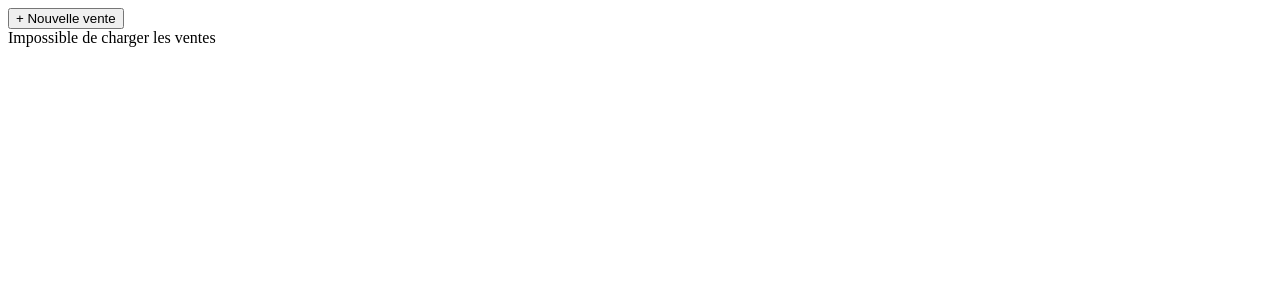
Repository: amosndayikeza-dev/Reviewa
Page: public/assets/html/manager/sales-content.html
The author's editor kept a copy of each file at every save. The page is drawn from the files as they stood at one save, then again after the next save.
The browser window is 1280 px wide. The pictures show the whole page.

Above is the page before, as saved 2026-05-30 23:16:12.

### public/assets/html/manager/sales-content.html
<div class="mgr-sales-container">
    <div class="mgr-toolbar">
        <div class="mgr-toolbar-left"></div>
        <div class="mgr-toolbar-right">
            <button class="tft-btn tft-bg-greensav" onclick="showAddSaleModal()">+ Nouvelle vente</button>
        </div>
    </div>
    <div id="sales-list" class="mgr-sales-list">
        <div class="mgr-empty-hint">Chargement des ventes...</div>
    </div>
</div>

<script>
function formatMoney(amount) {
    return (Number(amount) || 0).toLocaleString('fr-FR') + ' FBU';
}

function formatDate(dateStr) {
    if (!dateStr) return '—';
    const d = new Date(dateStr);
    if (isNaN(d.getTime())) return dateStr;
    return d.toLocaleDateString('fr-FR');
}

async function loadSales() {
    const container = document.getElementById('sales-list');
    if (!container) return;
    container.innerHTML = '<div class="mgr-empty-hint">Chargement des ventes...</div>';
    try {
        const response = await ManagerAPI.sales.list();
        if (response && response.success) {
            const sales = response.data || [];
            if (sales.length === 0) {
                container.innerHTML = '<div class="mgr-empty-hint">Aucune vente trouvée</div>';
                return;
            }
            container.innerHTML = sales.map(sale => `
                <div class="mgr-card mgr-sale-item">
                    <div class="mgr-card-title">${escapeHtml(sale.product_name)}</div>
                    <div class="mgr-sale-details">
                        <div><span class="mgr-kpi-label">Quantité :</span> ${sale.quantity}</div>
                        <div><span class="mgr-kpi-label">Prix unitaire :</span> ${formatMoney(sale.unit_price)}</div>
                        <div><span class="mgr-kpi-label">Total :</span> <strong>${formatMoney(sale.line_total)}</strong></div>
                        <div><span class="mgr-kpi-label">Date :</span> ${formatDate(sale.sold_at)}</div>
                    </div>
                </div>
            `).join('');
        } else {
            container.innerHTML = '<div class="mgr-empty-hint tft-clr-red">Erreur de chargement des ventes</div>';
        }
    } catch (error) {
        console.error('Erreur:', error);
        container.innerHTML = '<div class="mgr-empty-hint tft-clr-red">Impossible de charger les ventes</div>';
    }
}

function escapeHtml(str) {
    if (!str) return '';
    return str.replace(/[&<>]/g, function(m) {
        if (m === '&') return '&amp;';
        if (m === '<') return '&lt;';
        if (m === '>') return '&gt;';
        return m;
    });
}

loadSales();
</script>

After the next save:
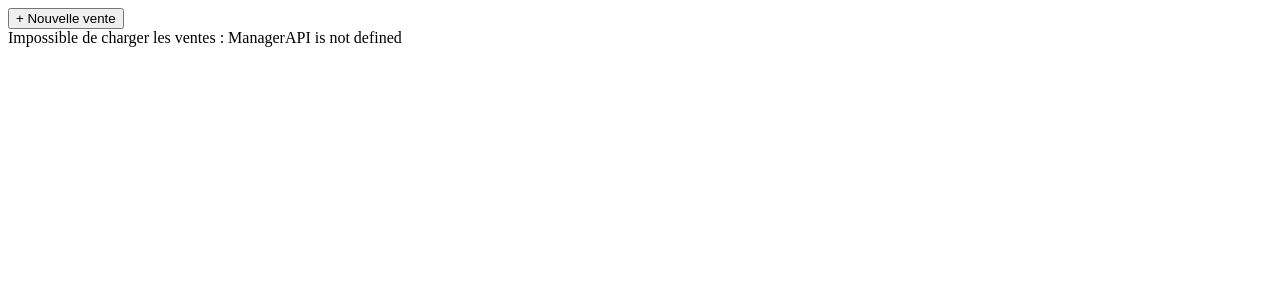
Saved 4 min 41 s later.
--- a/public/assets/html/manager/sales-content.html
+++ b/public/assets/html/manager/sales-content.html
@@ -11,58 +11,73 @@
 </div>
 
 <script>
-function formatMoney(amount) {
-    return (Number(amount) || 0).toLocaleString('fr-FR') + ' FBU';
-}
+(function() {
+    function formatMoney(amount) {
+        return (Number(amount) || 0).toLocaleString('fr-FR') + ' FBU';
+    }
 
-function formatDate(dateStr) {
-    if (!dateStr) return '—';
-    const d = new Date(dateStr);
-    if (isNaN(d.getTime())) return dateStr;
-    return d.toLocaleDateString('fr-FR');
-}
+    function formatDate(dateStr) {
+        if (!dateStr) return '—';
+        const d = new Date(dateStr);
+        if (isNaN(d.getTime())) return dateStr;
+        return d.toLocaleDateString('fr-FR');
+    }
 
-async function loadSales() {
-    const container = document.getElementById('sales-list');
-    if (!container) return;
-    container.innerHTML = '<div class="mgr-empty-hint">Chargement des ventes...</div>';
-    try {
-        const response = await ManagerAPI.sales.list();
-        if (response && response.success) {
-            const sales = response.data || [];
-            if (sales.length === 0) {
-                container.innerHTML = '<div class="mgr-empty-hint">Aucune vente trouvée</div>';
-                return;
+    function escapeHtml(str) {
+        if (!str) return '';
+        return String(str).replace(/[&<>]/g, function(m) {
+            if (m === '&') return '&amp;';
+            if (m === '<') return '&lt;';
+            if (m === '>') return '&gt;';
+            return m;
+        });
+    }
+
+    async function loadSales() {
+        const container = document.getElementById('sales-list');
+        if (!container) {
+            console.error('❌ Élément #sales-list introuvable');
+            return;
+        }
+        console.log('⏳ Chargement des ventes...');
+        container.innerHTML = '<div class="mgr-empty-hint">Chargement des ventes...</div>';
+
+        try {
+            const response = await ManagerAPI.sales.list();
+            console.log('📦 Réponse API:', response);
+
+            if (response && response.success) {
+                const sales = response.data || [];
+                if (sales.length === 0) {
+                    container.innerHTML = '<div class="mgr-empty-hint">Aucune vente trouvée</div>';
+                    return;
+                }
+                container.innerHTML = sales.map(sale => `
+                    <div class="mgr-card mgr-sale-item">
+                        <div class="mgr-card-title">${escapeHtml(sale.product_name)}</div>
+                        <div class="mgr-sale-details">
+                            <div><span class="mgr-kpi-label">Quantité :</span> ${sale.quantity}</div>
+                            <div><span class="mgr-kpi-label">Prix unitaire :</span> ${formatMoney(sale.unit_price)}</div>
+                            <div><span class="mgr-kpi-label">Total :</span> <strong>${formatMoney(sale.line_total)}</strong></div>
+                            <div><span class="mgr-kpi-label">Date :</span> ${formatDate(sale.sold_at)}</div>
+                        </div>
+                    </div>
+                `).join('');
+                console.log('✅ Ventes affichées');
+            } else {
+                container.innerHTML = `<div class="mgr-empty-hint tft-clr-red">Erreur API : ${response?.message || 'Format inattendu'}</div>`;
             }
-            container.innerHTML = sales.map(sale => `
-                <div class="mgr-card mgr-sale-item">
-                    <div class="mgr-card-title">${escapeHtml(sale.product_name)}</div>
-                    <div class="mgr-sale-details">
-                        <div><span class="mgr-kpi-label">Quantité :</span> ${sale.quantity}</div>
-                        <div><span class="mgr-kpi-label">Prix unitaire :</span> ${formatMoney(sale.unit_price)}</div>
-                        <div><span class="mgr-kpi-label">Total :</span> <strong>${formatMoney(sale.line_total)}</strong></div>
-                        <div><span class="mgr-kpi-label">Date :</span> ${formatDate(sale.sold_at)}</div>
-                    </div>
-                </div>
-            `).join('');
-        } else {
-            container.innerHTML = '<div class="mgr-empty-hint tft-clr-red">Erreur de chargement des ventes</div>';
+        } catch (error) {
+            console.error('❌ Erreur loadSales:', error);
+            container.innerHTML = `<div class="mgr-empty-hint tft-clr-red">Impossible de charger les ventes : ${error.message}</div>`;
         }
-    } catch (error) {
-        console.error('Erreur:', error);
-        container.innerHTML = '<div class="mgr-empty-hint tft-clr-red">Impossible de charger les ventes</div>';
     }
-}
 
-function escapeHtml(str) {
-    if (!str) return '';
-    return str.replace(/[&<>]/g, function(m) {
-        if (m === '&') return '&amp;';
-        if (m === '<') return '&lt;';
-        if (m === '>') return '&gt;';
-        return m;
-    });
-}
-
-loadSales();
+    // Exécuter après le chargement du DOM
+    if (document.readyState === 'loading') {
+        document.addEventListener('DOMContentLoaded', loadSales);
+    } else {
+        loadSales();
+    }
+})();
 </script>

After the 3 saves that followed:
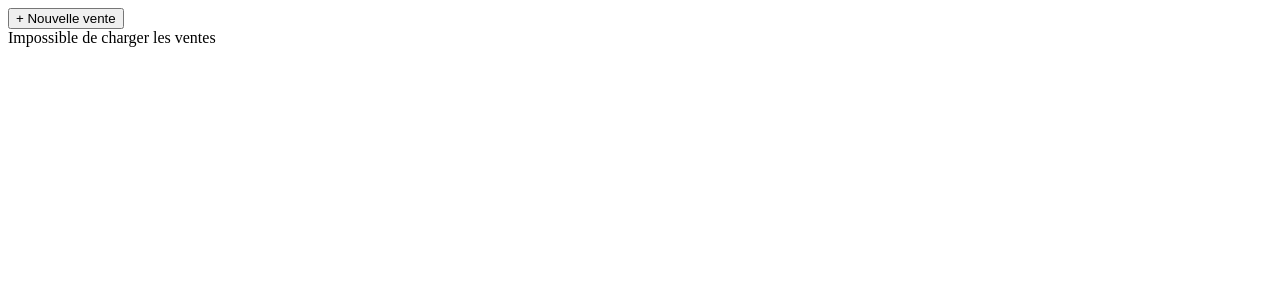
The 3 saves are shown as one change because 2 left the picture as it was.
The last was saved 4 min 29 s later.
--- a/public/assets/html/manager/sales-content.html
+++ b/public/assets/html/manager/sales-content.html
@@ -1,6 +1,5 @@
 <div class="mgr-sales-container">
     <div class="mgr-toolbar">
-        <div class="mgr-toolbar-left"></div>
         <div class="mgr-toolbar-right">
             <button class="tft-btn tft-bg-greensav" onclick="showAddSaleModal()">+ Nouvelle vente</button>
         </div>
@@ -9,75 +8,4 @@
         <div class="mgr-empty-hint">Chargement des ventes...</div>
     </div>
 </div>
-
-<script>
-(function() {
-    function formatMoney(amount) {
-        return (Number(amount) || 0).toLocaleString('fr-FR') + ' FBU';
-    }
-
-    function formatDate(dateStr) {
-        if (!dateStr) return '—';
-        const d = new Date(dateStr);
-        if (isNaN(d.getTime())) return dateStr;
-        return d.toLocaleDateString('fr-FR');
-    }
-
-    function escapeHtml(str) {
-        if (!str) return '';
-        return String(str).replace(/[&<>]/g, function(m) {
-            if (m === '&') return '&amp;';
-            if (m === '<') return '&lt;';
-            if (m === '>') return '&gt;';
-            return m;
-        });
-    }
-
-    async function loadSales() {
-        const container = document.getElementById('sales-list');
-        if (!container) {
-            console.error('❌ Élément #sales-list introuvable');
-            return;
-        }
-        console.log('⏳ Chargement des ventes...');
-        container.innerHTML = '<div class="mgr-empty-hint">Chargement des ventes...</div>';
-
-        try {
-            const response = await ManagerAPI.sales.list();
-            console.log('📦 Réponse API:', response);
-
-            if (response && response.success) {
-                const sales = response.data || [];
-                if (sales.length === 0) {
-                    container.innerHTML = '<div class="mgr-empty-hint">Aucune vente trouvée</div>';
-                    return;
-                }
-                container.innerHTML = sales.map(sale => `
-                    <div class="mgr-card mgr-sale-item">
-                        <div class="mgr-card-title">${escapeHtml(sale.product_name)}</div>
-                        <div class="mgr-sale-details">
-                            <div><span class="mgr-kpi-label">Quantité :</span> ${sale.quantity}</div>
-                            <div><span class="mgr-kpi-label">Prix unitaire :</span> ${formatMoney(sale.unit_price)}</div>
-                            <div><span class="mgr-kpi-label">Total :</span> <strong>${formatMoney(sale.line_total)}</strong></div>
-                            <div><span class="mgr-kpi-label">Date :</span> ${formatDate(sale.sold_at)}</div>
-                        </div>
-                    </div>
-                `).join('');
-                console.log('✅ Ventes affichées');
-            } else {
-                container.innerHTML = `<div class="mgr-empty-hint tft-clr-red">Erreur API : ${response?.message || 'Format inattendu'}</div>`;
-            }
-        } catch (error) {
-            console.error('❌ Erreur loadSales:', error);
-            container.innerHTML = `<div class="mgr-empty-hint tft-clr-red">Impossible de charger les ventes : ${error.message}</div>`;
-        }
-    }
-
-    // Exécuter après le chargement du DOM
-    if (document.readyState === 'loading') {
-        document.addEventListener('DOMContentLoaded', loadSales);
-    } else {
-        loadSales();
-    }
-})();
-</script>
+<script src="../assets/js/sales-page.js"></script>
--- /dev/null
+++ b/public/assets/js/sales-page.js
@@ -0,0 +1,56 @@
+// sales-page.js
+(function() {
+    function formatMoney(amount) {
+        return (Number(amount) || 0).toLocaleString('fr-FR') + ' FBU';
+    }
+
+    function formatDate(dateStr) {
+        if (!dateStr) return '—';
+        const d = new Date(dateStr);
+        return isNaN(d.getTime()) ? dateStr : d.toLocaleDateString('fr-FR');
+    }
+
+    function escapeHtml(str) {
+        if (!str) return '';
+        return String(str).replace(/[&<>]/g, function(m) {
+            if (m === '&') return '&amp;';
+            if (m === '<') return '&lt;';
+            if (m === '>') return '&gt;';
+            return m;
+        });
+    }
+
+    async function loadSales() {
+        const container = document.getElementById('sales-list');
+        if (!container) return;
+        container.innerHTML = '<div class="mgr-empty-hint">Chargement des ventes...</div>';
+        try {
+            const response = await ManagerAPI.sales.list();
+            if (response && response.success) {
+                const sales = response.data || [];
+                if (sales.length === 0) {
+                    container.innerHTML = '<div class="mgr-empty-hint">Aucune vente trouvée</div>';
+                    return;
+                }
+                container.innerHTML = sales.map(sale => `
+                    <div class="mgr-card mgr-sale-item">
+                        <div class="mgr-card-title">${escapeHtml(sale.product_name)}</div>
+                        <div class="mgr-sale-details">
+                            <div><span class="mgr-kpi-label">Quantité :</span> ${sale.quantity}</div>
+                            <div><span class="mgr-kpi-label">Prix unitaire :</span> ${formatMoney(sale.unit_price)}</div>
+                            <div><span class="mgr-kpi-label">Total :</span> <strong>${formatMoney(sale.line_total)}</strong></div>
+                            <div><span class="mgr-kpi-label">Date :</span> ${formatDate(sale.sold_at)}</div>
+                        </div>
+                    </div>
+                `).join('');
+            } else {
+                container.innerHTML = '<div class="mgr-empty-hint tft-clr-red">Erreur de chargement des ventes</div>';
+            }
+        } catch (error) {
+            console.error(error);
+            container.innerHTML = '<div class="mgr-empty-hint tft-clr-red">Impossible de charger les ventes</div>';
+        }
+    }
+
+    loadSales();
+})();
